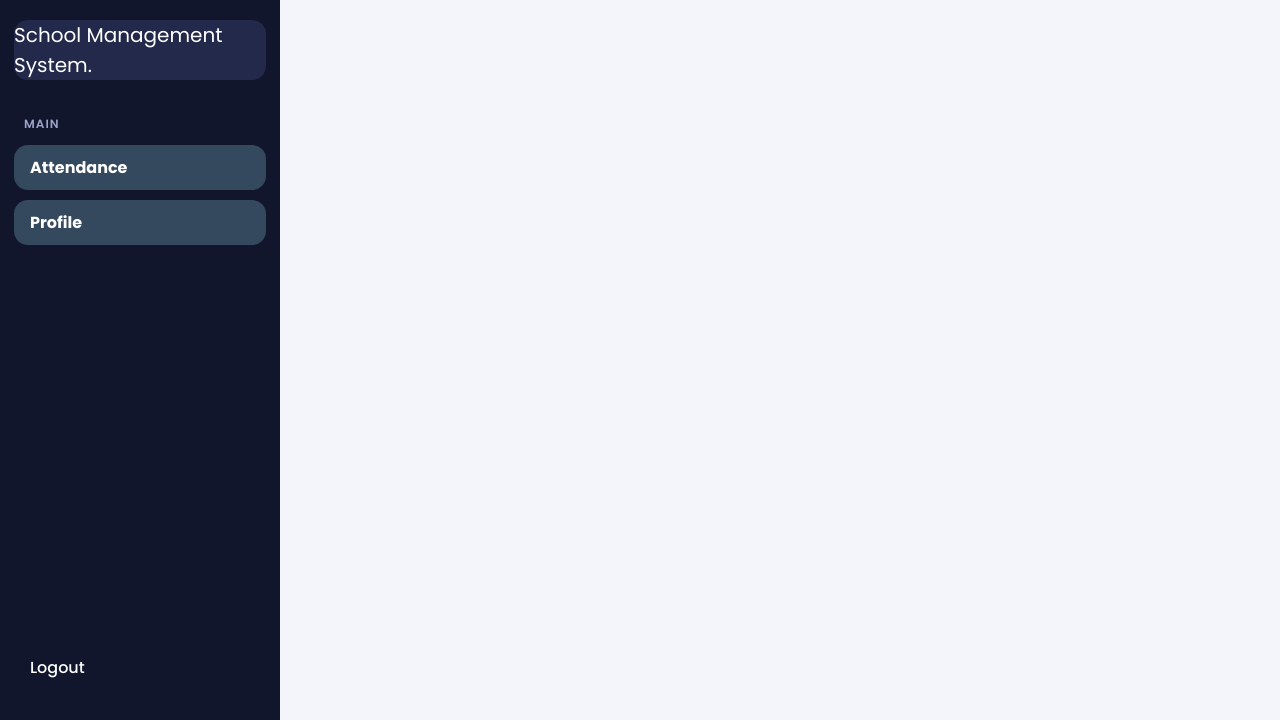
Repository: rohit-rk-07/school_management_system
Page: http://localhost/School_Management_System/student/sidebar.jsp
An editor plug-in stored every save of this project. The page is shown before and after the next save, followed by the edit.
The browser window is 1280 px wide. The pictures show the whole page.
The page is served by Tomcat 10.

Above is the page before, as saved 2026-05-26 13:51:12.

After the next save:
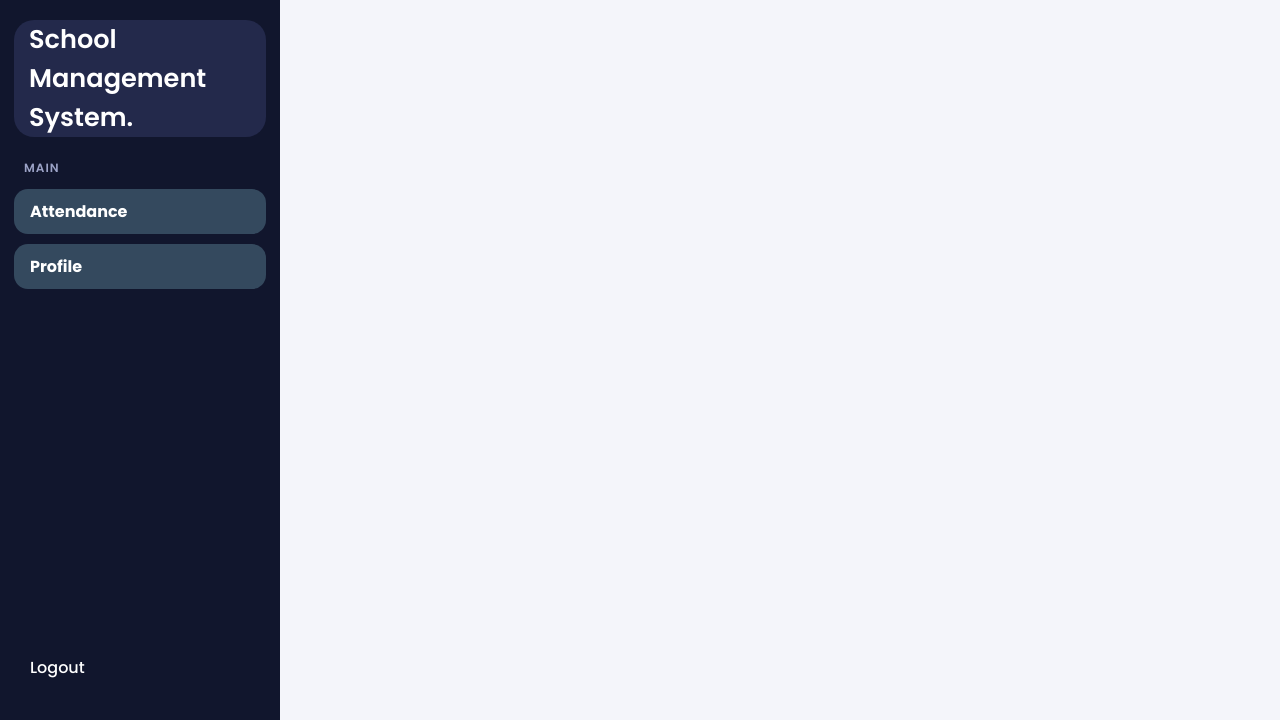
Saved 24 s later.
--- a/School_Management_System/src/main/webapp/student/sidebar.jsp
+++ b/School_Management_System/src/main/webapp/student/sidebar.jsp
@@ -33,16 +33,12 @@ body{
   transition:0.3s;
 }
 
-/* LOGO */
-
-.schoolSidebarLogo{
-  border-radius:14px;
-  background:#23294b;
-  display:flex;
-  align-items:start;
-  justify-content:start;
-  font-size:20px;
-  margin-bottom:35px;
+.schoolSidebarLogo {
+    font-size: 1.6rem;
+    font-weight: 600;
+    background: #23294b;
+    border-radius: 20px;
+    padding: 0 15px;
 }
 
 /* MENU TITLES */
